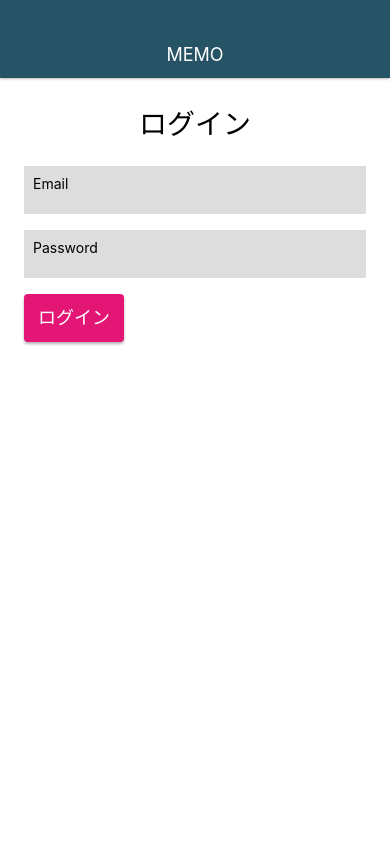
Repository: NagataRyuji0630/memo_app_for_reactNative
Screen: /
An editor plug-in stored every save of this project. The screen is shown before and after the next save, followed by the edit.
The app was drawn by React Native's web renderer in a window 390 px wide. The project was rebuilt for these pictures with package versions that can differ from the ones it lists, and the page was loaded fresh each time. Some packages were replaced by stand-ins written for this rebuild. Also part of the build but not shown: src/components/MemoList.jsx, src/elements/CircleBtn.jsx, src/screens/MemoListScreen.jsx, src/screens/MemoDetailScreen.jsx, src/screens/MemoEditScreen.jsx.

Above is the screen before, as saved 2020-05-15 08:46:07.

### App.js
import React from 'react';
import { StyleSheet, View } from 'react-native';
import AppBar from './src/components/AppBar';
import MemoListScreen from './src/screens/MemoListScreen'
import MemoDtailScreen from './src/screens/MemoDetailScreen';
import MemoEditScreen from './src/screens/MemoEditScreen';
import LoginScreen from './src/screens/LoginScreen';


export default class App extends React.Component {
  render() {
    return (
      <View style={styles.container}>
        <AppBar />
        <LoginScreen />
      </View>
    );
  }
}

const styles = StyleSheet.create({
  container: {
    flex: 1,
    backgroundColor: '#FFFDF6',
    alignItems: 'center',
    justifyContent: 'center',
    paddingTop: 78,
  },
});

### src/components/AppBar.jsx
import React from 'react';
import { Component } from 'react';
import { StyleSheet, View, Text } from 'react-native';

const styles = StyleSheet.create({
    appbar: {
        position: 'absolute',
        top: 0,
        left: 0,
        right: 0,
        height: 78,
        paddingTop: 30,
        backgroundColor: '#265366',
        justifyContent: 'center',
        alignItems: 'center',
        shadowColor: '#000',
        shadowOffset: { width: 0, height: 0 },
        shadowOpacity: 0.5,
        shadowRadius: 3,
        zIndex: 10,
    },
    appbarTitle: {
        color: '#fff',
        fontSize: 18,
    },
});

class AppBar extends Component {
    render() {
        return (
            <View style={styles.appbar}>
                <View>
                    <Text style={styles.appbarTitle}>MEMO</Text>
                </View>
            </View>
        );
    }
}

export default AppBar;

### src/screens/LoginScreen.jsx
import React from 'react';
import { Component } from 'react';
import { StyleSheet, View, Text, TextInput, TouchableHighlight } from 'react-native';
import CircleBtn from '../elements/CircleBtn';


const styles = StyleSheet.create({
    container: {
        flex: 1,
        width: '100%',
        padding: 24,
        backgroundColor: 'white',
    },
    input: {
        backgroundColor: '#ddd',
        height: 48,
        marginBottom: 16,
        borderWidth: 1,
        borderColor: '#ddd',
        padding: 8
    },
    title: {
        fontSize: 28,
        textAlign: 'center',
        marginBottom: 24,
    },
    btn: {
        shadowColor: '#000',
        shadowOffset: { width: 0, height: 2 },
        shadowOpacity: 0.3,
        shadowRadius: 3,
        backgroundColor: '#E31675',
        width: 100,
        height: 48,
        borderRadius: 4,
        justifyContent: 'center',
        alignItems: 'center'
    },
    btnTitle: {
        color: 'white',
        fontSize: 18,
        lineHeight: 18,
    }

});


class LoginScreen extends Component {
    render() {
        return (
            <View style={styles.container}>
                    <Text style={styles.title}>ログイン</Text>
                    <TextInput style={styles.input} value='Email' multiline />
                    <TextInput style={styles.input} value='Password' multiline />
                    <TouchableHighlight style={styles.btn} title='通信' onPress={() => {}}>
                        <Text style={styles.btnTitle}>ログイン</Text>
                    </TouchableHighlight>
            </View>
        );
    }
}

export default LoginScreen;

After the next save:
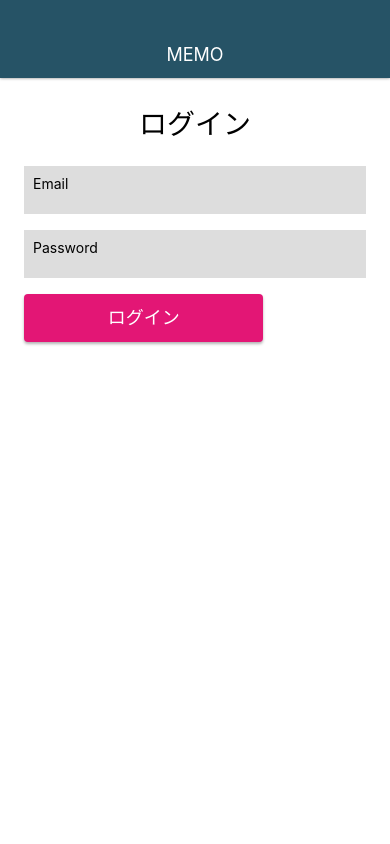
Saved 20 s later.
--- a/src/screens/LoginScreen.jsx
+++ b/src/screens/LoginScreen.jsx
@@ -30,7 +30,7 @@ const styles = StyleSheet.create({
         shadowOpacity: 0.3,
         shadowRadius: 3,
         backgroundColor: '#E31675',
-        width: 100,
+        width: '70%',
         height: 48,
         borderRadius: 4,
         justifyContent: 'center',
